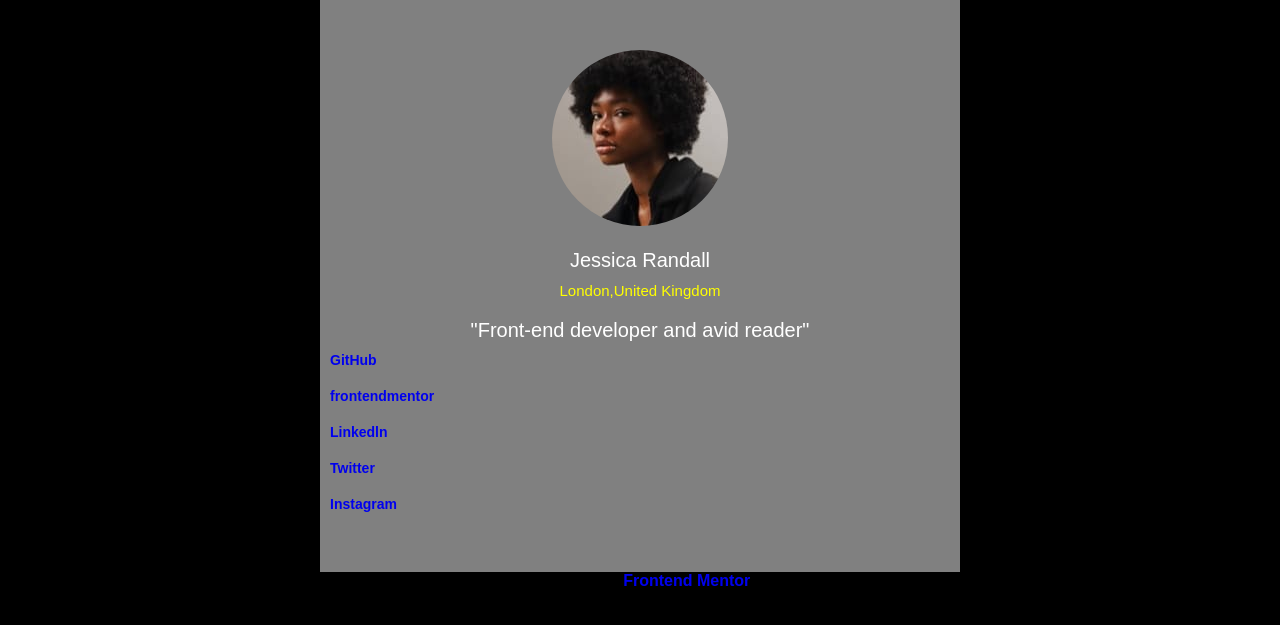
Repository: JosephAbatan05/Social-links-profile
Page: social-links-profile-main/index.html
An editor plug-in stored every save of this project. The page is shown before and after the next save, followed by the edit.
The browser window is 1280 px wide. The pictures show the whole page.

Above is the page before, as saved 2025-01-25 11:13:23.

After the next save:
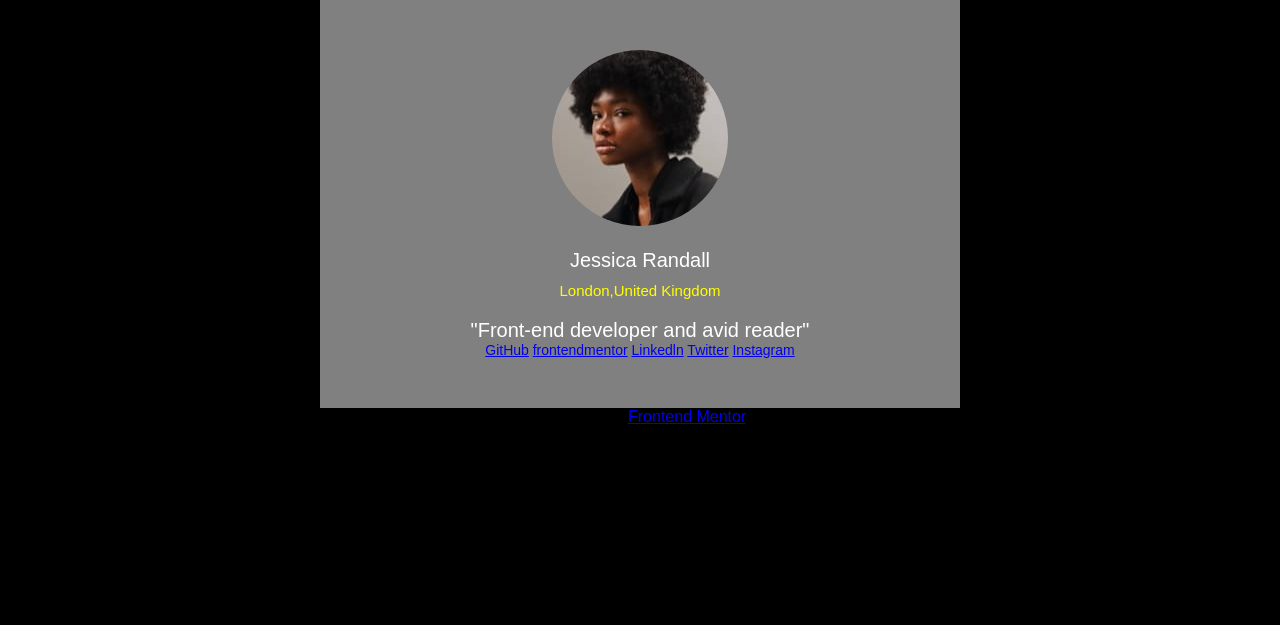
Saved 5 s later.
--- a/social-links-profile-main/styles.css
+++ b/social-links-profile-main/styles.css
@@ -42,7 +42,7 @@ img{
 
 }
 
-.fa-links-container div {
+.fa-links-container div a{
     padding:10px;
     border-radius:5px;
     background-color:rgb(37, 36, 36);
@@ -53,16 +53,6 @@ img{
    margin-top: 5px;
    font-weight:bold
 }
-
-.button{
-    display: flex;
-    gap:15px;z
-}
- a{
-    text-decoration: none;
-    font-weight:600;
-    padding:10px;
-}
 .attribution{
     text-align:center;
     text-decoration: none;
